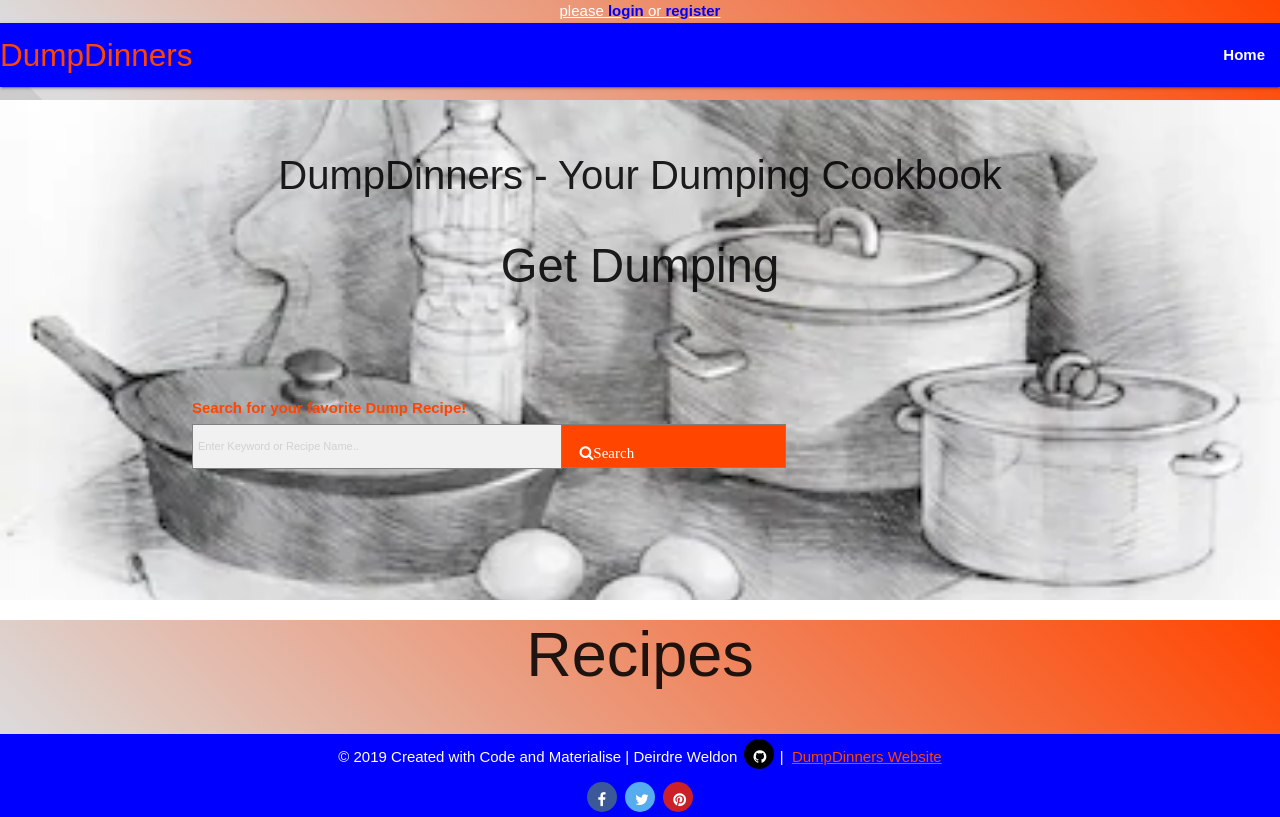
Repository: Deirdre18/dumpdinners-recipe-app
Page: http://localhost/
The author's editor kept a record of every edit. The page is drawn from the files as they stood at one moment, then again after the next edit.
The browser window is 1280 px wide. The pictures show the whole page.
Some web libraries are served in a nearby version. The page is served by the project's application, run on Flask 3 (app.py). Queries for data that is not in the repository find no rows.

Above is the page before.

After the next edit:
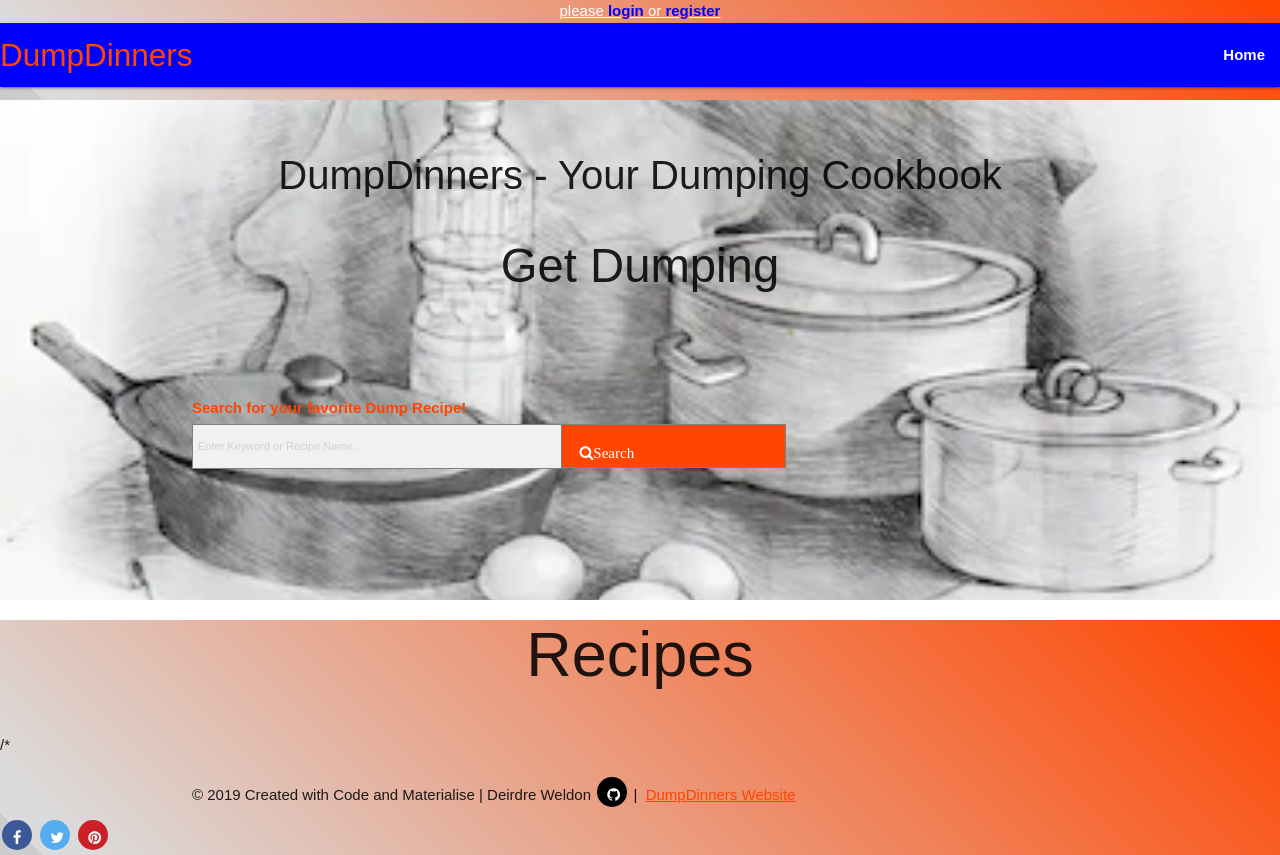
The edit:
--- a/templates/base.html
+++ b/templates/base.html
@@ -288,11 +288,7 @@
         <!--to create footer referred to https://www.w3schools.com/howto/tryit.asp?filename=tryhow_css_fixed_footer. For flexible footer referred to https://materializecss.com/footer.html-->
         <!--decided to make footer fixed rather than flexible-->
 
-
-
-
-
-        <style>
+        /*<style>*/
             .footer {
                 margin-top: 1px;
                 display: fixed;

After the edit that followed:
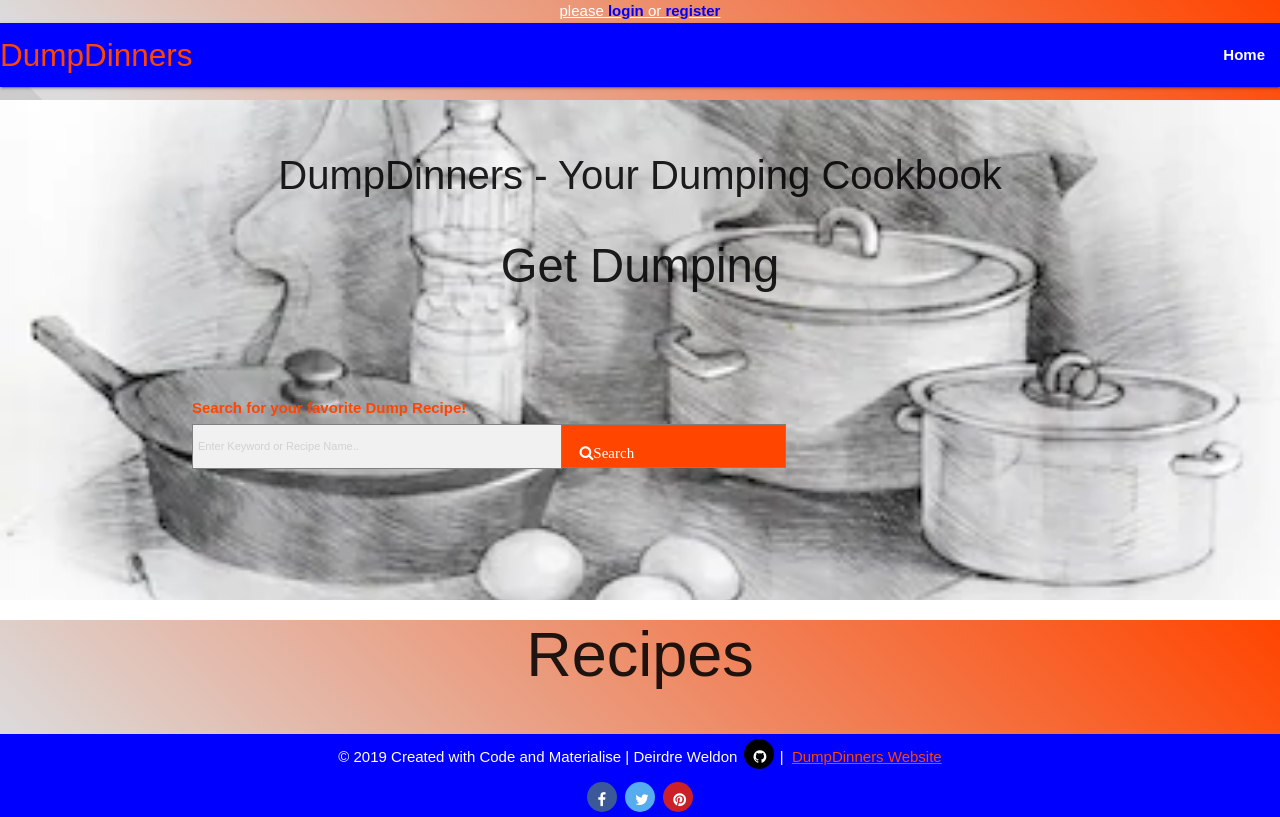
The edit:
--- a/templates/base.html
+++ b/templates/base.html
@@ -288,7 +288,7 @@
         <!--to create footer referred to https://www.w3schools.com/howto/tryit.asp?filename=tryhow_css_fixed_footer. For flexible footer referred to https://materializecss.com/footer.html-->
         <!--decided to make footer fixed rather than flexible-->
 
-        /*<style>*/
+        <style>
             .footer {
                 margin-top: 1px;
                 display: fixed;
